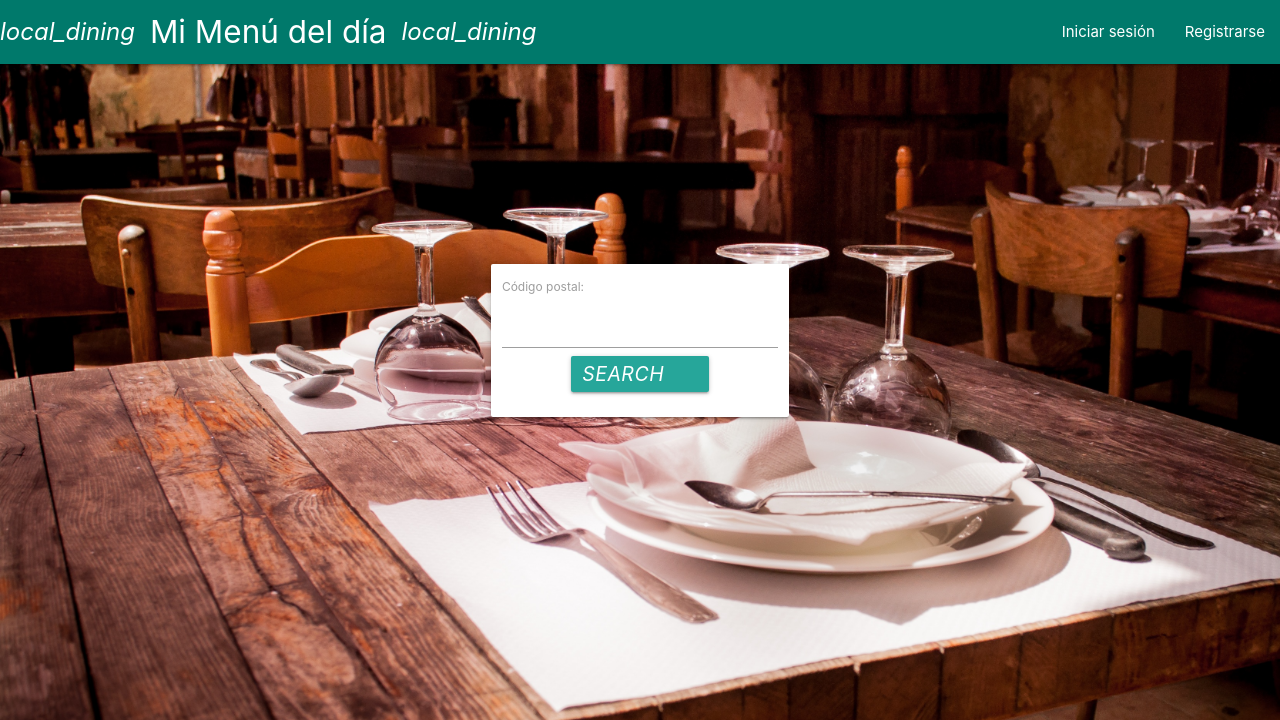
Repository: ixtab/ProyectoJavaRestaurante
Page: http://localhost/MiMenu/
These files come from the project's save history. The page is drawn as it stood at one moment and after the next save; the edit follows.
The browser window is 1280 px wide. The pictures show the whole page.
The page is served by Tomcat 9.

Above is the page before, as saved 2019-03-17 19:43:13.

### MiMenu/WebContent/index.jsp
<%@ page language="java" contentType="text/html; charset=ISO-8859-1"
    pageEncoding="ISO-8859-1"%>
<!DOCTYPE html>
<html>
<head>
	<meta charset="utf-8">
      <link href="https://fonts.googleapis.com/icon?family=Material+Icons" rel="stylesheet">
      <link type="text/css" rel="stylesheet" href="css/materialize.min.css"  media="screen,projection"/>
      <link type="text/css" rel="stylesheet" href="css/style.css" />
      <meta name="viewport" content="width=device-width, initial-scale=1.0"/>
	<title>Mi Menú del día</title>

</head>
<body>

	<header>
			<nav>
			    <div class="teal darken-2 nav-wrapper">
			      <a href="#" class="brand-logo"><i class="large material-icons">local_dining</i> Mi Menú del día <i class="large material-icons right">local_dining</i></a>
			      <ul id="nav-mobile" class="right hide-on-med-and-down">
			        <li><a href="iniciar.jsp">Iniciar sesión</a></li>
			        <li><a href="registro.jsp">Registrarse</a></li>
			      </ul>
			    </div>
			  </nav>
		</header>

	<div class="margen-superior container row">
		<div class="margen-superior card-panel col s4 offset-s4 padding">

			<form class = "flow-text">
				<label >Código postal:<input type="text" id="cp"></label>
			</form>
			<a class=" margen-inferior waves-effect waves-light btn col s6 offset-s3 hoverable" onclick="buscar()"><i class="material-icons left">search</i>Buscar</a>
		</div>
	</div>


	<script type="text/javascript" src="js/materialize.min.js"></script>
</body>
</html>

### MiMenu/WebContent/css/style.css
html {
    background: url(../img/fondo.jpg) no-repeat center center fixed;
    -webkit-background-size: cover;
    -moz-background-size: cover;
    -o-background-size: cover;
    background-size: cover;
}

body {

}


.margen-superior {
	margin-top: 100px;
}

.margen-inferior {
	margin-bottom: 25px;
}

.mapa {
	display: none;
}

.transparente {
	opacity: 0;
}
.brand-logo {
	padding-left: 10px;
}

Loaded but not shown: MiMenu/WebContent/css/materialize.min.css (library); MiMenu/WebContent/js/materialize.min.js (library)

After the next save:
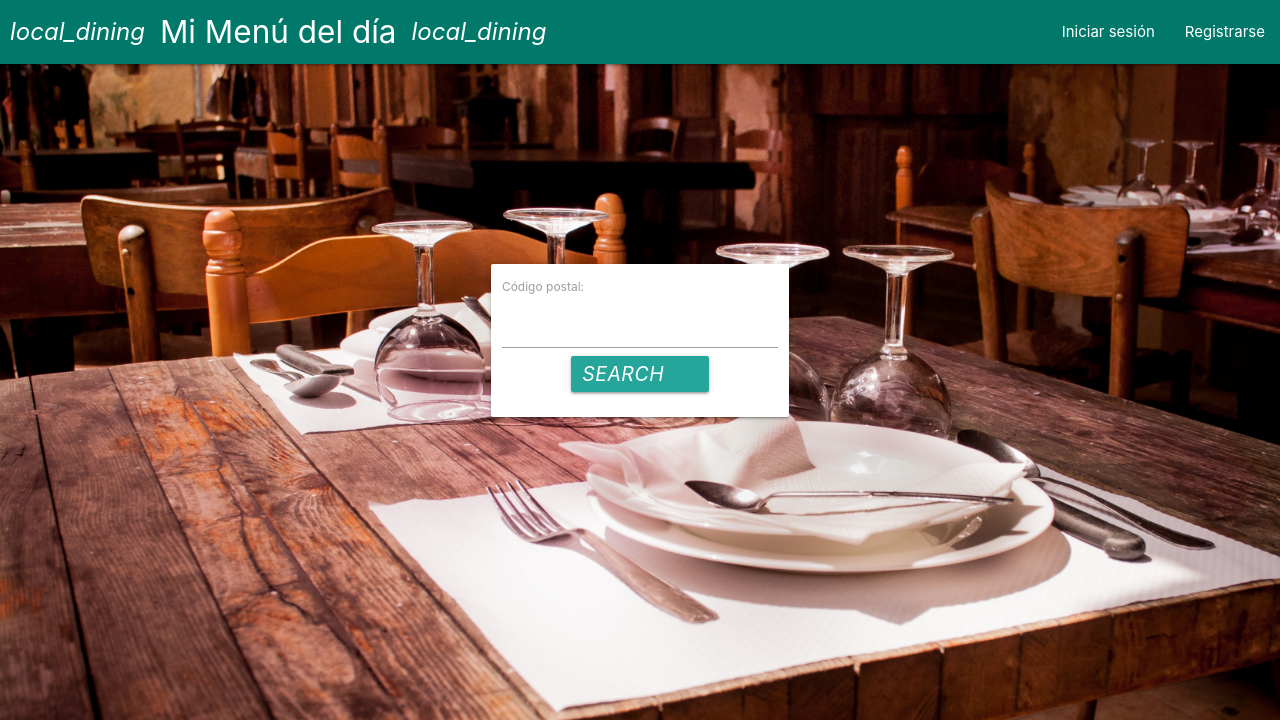
Saved 81 s later.
--- a/MiMenu/WebContent/css/style.css
+++ b/MiMenu/WebContent/css/style.css
@@ -27,5 +27,5 @@ body {
 	opacity: 0;
 }
 .brand-logo {
-	padding-left: 10px;
+	padding-left: 10px !important;
 }
